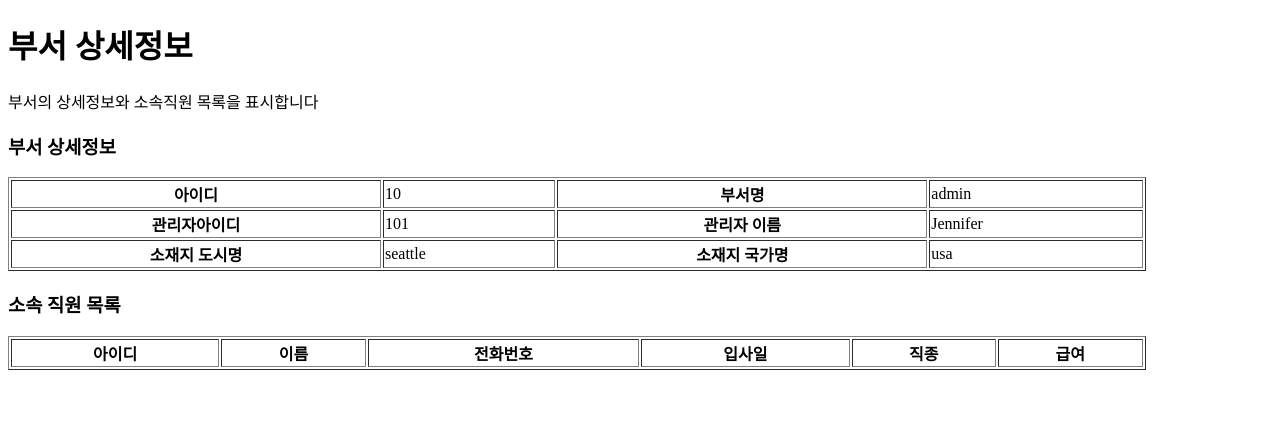
Repository: qwer1227/Jsp_study
Page: http://localhost/hr/dept/detail.jsp
An editor plug-in stored every save of this project. The page is shown before and after the next save, followed by the edit.
The browser window is 1280 px wide. The pictures show the whole page.
The page is served by Tomcat 9. Other server files are loaded and not shown.

Above is the page before, as saved 2024-08-07 02:12:14.

### hr/src/main/webapp/dept/detail.jsp
<%@ page language="java" contentType="text/html; charset=UTF-8"
    pageEncoding="UTF-8"%>
<!DOCTYPE html>
<html>
<head>
<meta charset="UTF-8">
<title>Insert title here</title>
</head>
<body>
<h1>부서 상세정보</h1>
<p>부서의 상세정보와 소속직원 목록을 표시합니다</p>

<!--
	요청 URL
		http://localhost/hr/dept/detail.jsp?id=xxx
	요청 URI
		/hr/dept/detail.jsp
	쿼리스트링
		id=xxx

	요청파라미터 정보
	name	value
	id		xxx
 -->

<%
	String value = request.getParameter("id");
%>

	<h3>부서 상세정보</h3>
	<table border="1"style="width: 90%">
		<tbody>
			<tr>
				<th>아이디</th>
				<td>10</td>
				<th>부서명</th>
				<td>admin</td>
			</tr>
			<tr>
				<th>관리자아이디</th>
				<td>101</td>
				<th>관리자 이름</th>
				<td>Jennifer</td>
			</tr>
			<tr>
				<th>소재지 도시명</th>
				<td>seattle</td>
				<th>소재지 국가명</th>
				<td>usa</td>
			</tr>
		</tbody>
	</table>

	<h3>소속 직원 목록</h3>
	<table border="1" style="width:90%">
		<thead>
			<tr>
				<th>아이디</th>
				<th>이름</th>
				<th>전화번호</th>
				<th>입사일</th>
				<th>직종</th>
				<th>급여</th>
			</tr>
		</thead>
	</table>
</body>
</html>

After the next save:
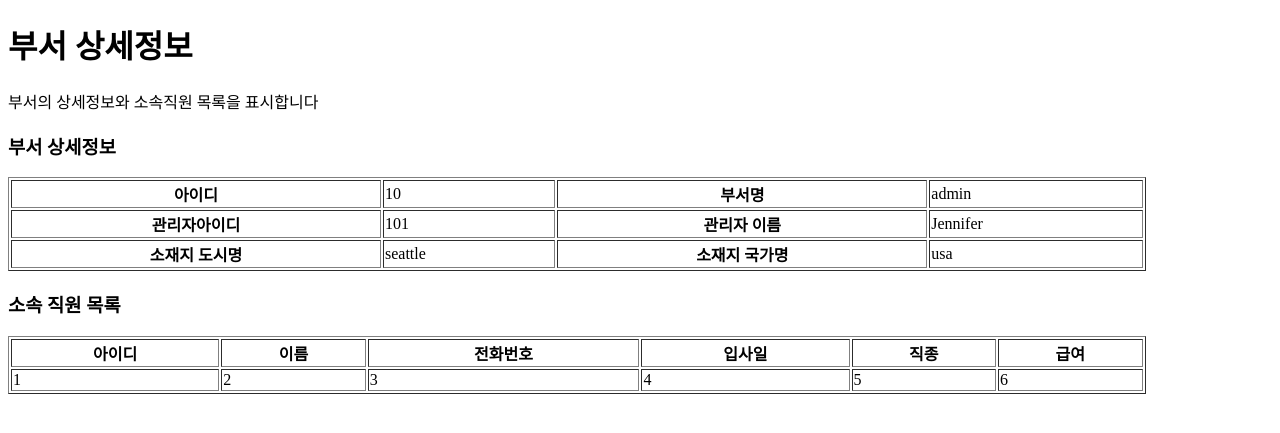
Saved 30 s later.
--- a/hr/src/main/webapp/dept/detail.jsp
+++ b/hr/src/main/webapp/dept/detail.jsp
@@ -63,6 +63,16 @@
 				<th>급여</th>
 			</tr>
 		</thead>
+		<tbody>
+			<tr>
+				<td>1</td>
+				<td>2</td>
+				<td>3</td>
+				<td>4</td>
+				<td>5</td>
+				<td>6</td>
+			</tr>
+		</tbody>
 	</table>
 </body>
 </html>
